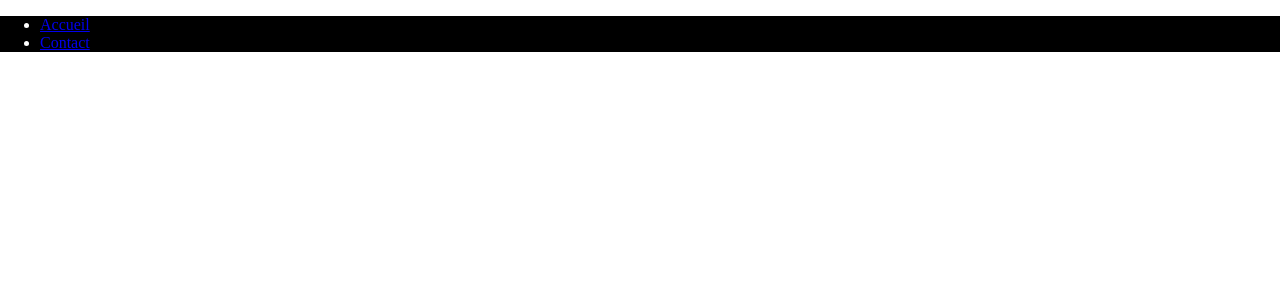
Repository: mardocheengoran/prepa-website
Page: index.html
These files come from the project's save history. The page is drawn as it stood at one moment and after the next save; the edit follows.
The browser window is 1280 px wide. The pictures show the whole page.

Above is the page before, as saved 2025-03-19 09:00:56.

### index.html
<!DOCTYPE html>
<html lang="en">

<head>
    <meta charset="UTF-8">
    <meta name="viewport" content="width=device-width, initial-scale=1.0">
    <title>Accueil</title>
    <link rel="stylesheet" href="css/style.css">
</head>

<body>
    <div class="root" data-content="header.html"></div>
    <div class="root2" data-content="footer.html"></div>
    <script>
        const root = document.querySelector('.root')
        const link = root.dataset.content;

        fetch(link)
            .then(function (response) {
                return response.text();
            })
            .then(function (html) {
                root.innerHTML = html;
            });
    </script>

</body>

</html>

### css/style.css
body {
    margin: 0;
}

header {
    background-color: black;
    color: white;
    width: 100%;
}

footer {
    background-color: black;
    color: white;
    width: 100%;
}

embed {
    width: 100%;
    display: block;
}

### header.html
<header>
    <nav>
        <ul>
            <li><a href="index.html">Accueil</a></li>
            <li><a href="contact.html">Contact</a></li>
        </ul>
    </nav>
</header>

### footer.html
<link rel="stylesheet" href="css/style.css">
<footer>
    <p>&copy; 2023 Mon Site Web. Tous droits réservés.</p>
</footer>

After the next save:
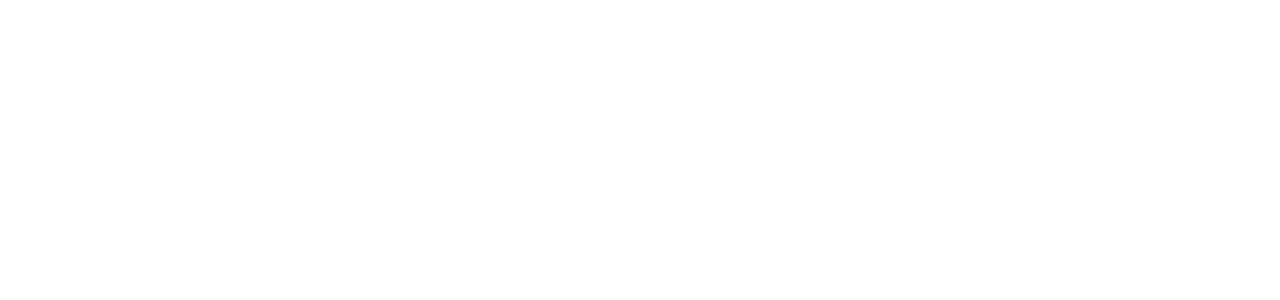
Console error: SyntaxError: Identifier 'root' has already been declared
Saved 45 s later.
--- a/index.html
+++ b/index.html
@@ -12,8 +12,19 @@
     <div class="root" data-content="header.html"></div>
     <div class="root2" data-content="footer.html"></div>
     <script>
-        const root = document.querySelector('.root')
-        const link = root.dataset.content;
+        let root = document.querySelector('.root')
+        let link = root.dataset.content;
+
+        fetch(link)
+            .then(function (response) {
+                return response.text();
+            })
+            .then(function (html) {
+                root.innerHTML = html;
+            });
+
+        let root = document.querySelector('.root2')
+        let link = root.dataset.content;
 
         fetch(link)
             .then(function (response) {

After the save that followed:
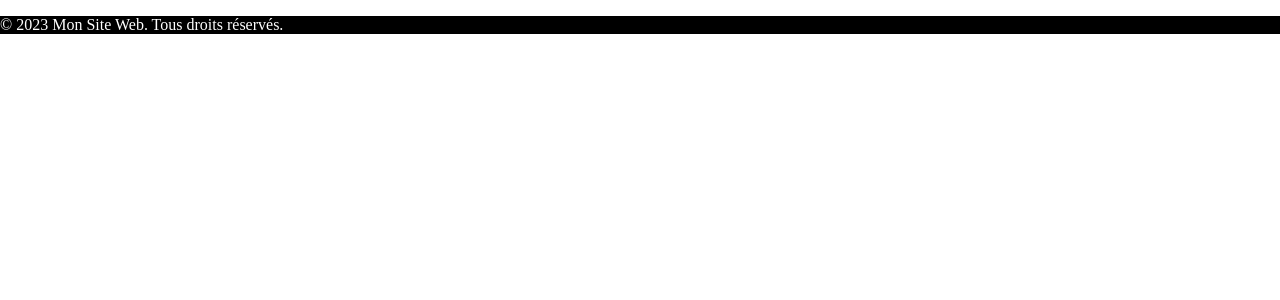
The error is gone.
Saved 14 s later.
--- a/index.html
+++ b/index.html
@@ -23,8 +23,8 @@
                 root.innerHTML = html;
             });
 
-        let root = document.querySelector('.root2')
-        let link = root.dataset.content;
+        root = document.querySelector('.root2')
+        link = root.dataset.content;
 
         fetch(link)
             .then(function (response) {
